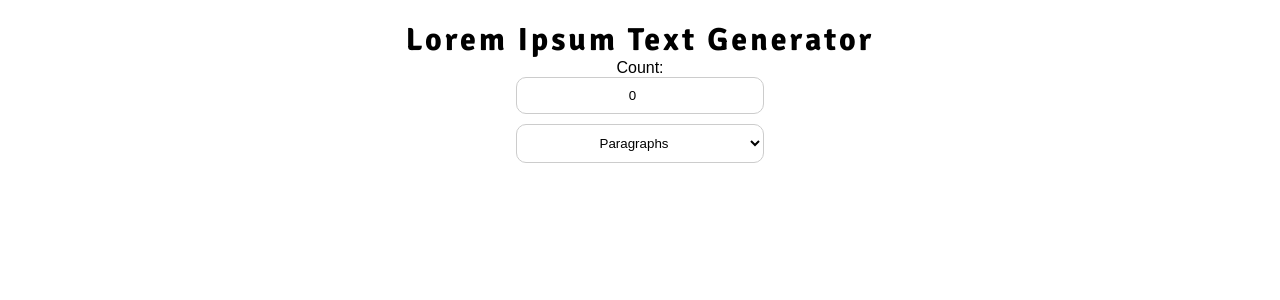
Repository: sriram1224/lorem-generator
Page: /
The author's editor kept a copy of each file at every save. The page is drawn from the files as they stood at one save, then again after the next save.
The browser window is 1280 px wide. The pictures show the whole page.
The project was rebuilt for these pictures with package versions that can differ from the ones it lists, and the page was loaded fresh each time.

Above is the page before, as saved 2024-03-11 21:59:56.

### src/App.js
import LoremIpsumGenerator from './Components/lorem';
import './App.css';

function App() {
  return (
    <div className="App">
      <LoremIpsumGenerator />
    </div>
  );
}

export default App;

### src/Components/lorem.js
import React, { useState } from 'react';
import { loremIpsum } from 'lorem-ipsum';
import './lorem.css';

const LoremGenerator = () => {
  const [count, setCount] = useState(0);
  const [type, setType] = useState('paragraphs');

  const handleCountChange = (e) => {
    const newCount = parseInt(e.target.value, 10);
    setCount(newCount);
  };

  const handleTypeChange = (e) => {
    setType(e.target.value);
  };

  const copyToClipboard = (text) => {
    navigator.clipboard.writeText(text);
    alert('Copied to clipboard!');
  };

  const generateLorem = () => {
    let result = [];
    if (type === 'paragraphs') {
      for (let i = 0; i < count; i++) {
        const text = loremIpsum({ units: 'paragraphs' });
        result.push(
          <div className="list" key={i}>
            <p>{i + 1}) {text}</p>
            <button onClick={() => copyToClipboard(text)}>Copy</button>
          </div>
        );
      }
    } else {
      for (let i = 0; i < count; i++) {
        const text = loremIpsum({ units: 'sentences' });
        result.push(
          <div className="list" key={i}>
            <span>{i + 1}) {text}</span>
            <button onClick={() => copyToClipboard(text)}>Copy</button>
          </div>
        );
      }
    }
    return result;
  };

  return (
      <div>
          <div className="heading"><h1>Lorem Ipsum Text Generator</h1></div>
      <label>
        Count:
        <div>
          <input type="number" value={count} onChange={handleCountChange} />
        </div>
      </label>
      <select value={type} onChange={handleTypeChange}>
        <option value="paragraphs">Paragraphs</option>
        <option value="sentences">Sentences</option>
      </select>
      <div className="list-container">{generateLorem()}</div>
    </div>
  );
};

export default LoremGenerator;

### src/Components/lorem.css

@import url('https://fonts.googleapis.com/css2?family=Signika:wght@300..700&display=swap');

* {
    box-sizing: border-box;
    margin: 0;
    padding: 0;
}

/* Apply some basic styling to the body */
body {
    font-family: Arial, sans-serif;
    background-color: #ffffff;
    padding: 20px;
}

/* Container styling */
.container {
    max-width: 1100px;
    margin: 0 auto;
}

/* Input and select styling */
input[type="number"],
select {
    text-align: center;
   width: 20%;
    margin-bottom: 10px;
    padding: 10px;
    border: 1px solid #ccc;
    border-radius: 10px;
    background-color: #fff;
}

/* Button styling */
button {
    background-color: #007bff;
    color: #fff;
    border: none;
    border-radius: 4px;
    padding: 10px 20px;
    cursor: pointer;
}

button:hover {
    background-color: #0056b3;
}

/* Generated text styling */
.generated-text {
    margin-top: 20px;
}

/* Responsive styles */
@media screen and (max-width: 600px) {
    .container {
        padding: 10px;
    }
}
.list{
    display: flex;
    justify-content: space-between;
    padding: 20px;
    width: 60%;
    height: 6rem;
    background-color:rgb(26, 26, 88);
    color:white;
    border-radius: 10px;
    margin-left: 15rem;

}
.list-container{
    display: flex;
    flex-direction: column;
    gap: 2rem;
}
.heading h1{
font-family: "Signika", sans-serif;
letter-spacing: 3px;
}

Loaded but not shown: public/index.html (common file); src/index.js (common file); src/index.css (common file); src/reportWebVitals.js (common file); src/App.css (common file)

After the next save:
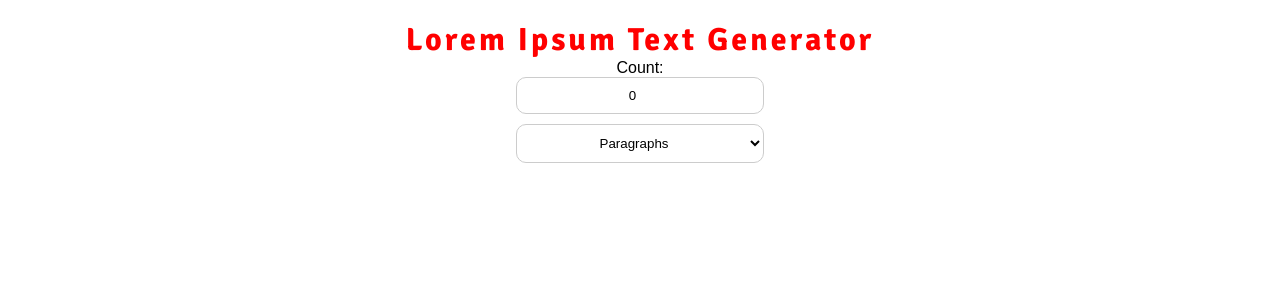
Saved 36 s later.
--- a/src/Components/lorem.css
+++ b/src/Components/lorem.css
@@ -77,4 +77,5 @@ button:hover {
 .heading h1{
 font-family: "Signika", sans-serif;
 letter-spacing: 3px;
+ color:red
 }
